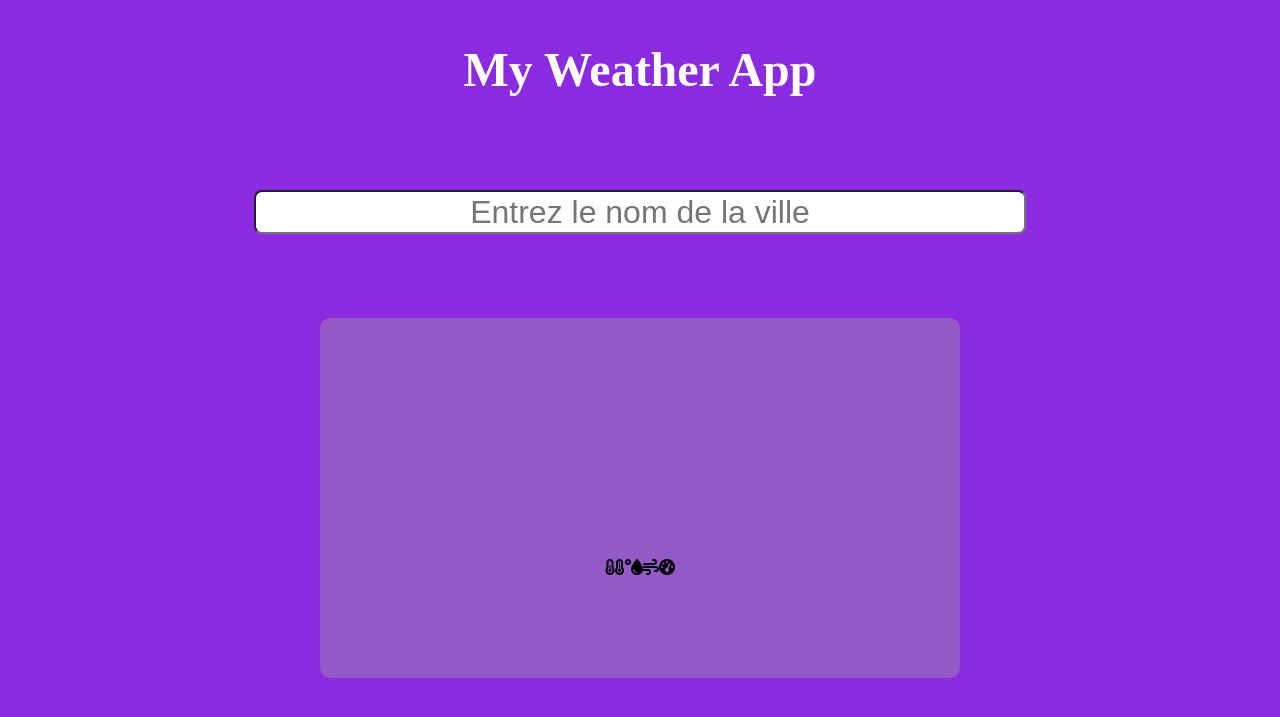
Repository: JeffnyAugustin/MyWeatherApp
Page: index.html
These files come from the project's save history. The page is drawn as it stood at one moment and after the next save; the edit follows.
The browser window is 1280 px wide. The pictures show the whole page.

Above is the page before, as saved 2023-11-14 18:36:31.

### index.html
<!DOCTYPE html>
<html lang="fr">

<head>
    <meta charset="UTF-8">
    <meta http-equiv="X-UA-Compatible" content="IE=edge">
    <meta name="viewport" content="width=device-width, initial-scale=1.0">
    <link rel="stylesheet" href="https://cdnjs.cloudflare.com/ajax/libs/font-awesome/6.4.0/css/all.min.css"
        integrity="sha512-iecdLmaskl7CVkqkXNQ/ZH/XLlvWZOJyj7Yy7tcenmpD1ypASozpmT/E0iPtmFIB46ZmdtAc9eNBvH0H/ZpiBw=="
        crossorigin="anonymous" referrerpolicy="no-referrer" />

    <link rel="stylesheet" href="/css/style.css">
    <title>My Weather App</title>
</head>

<body>



    <div id="container">

    </div>

    <script src="/js/script.js"></script>
</body>

</html>

### css/style.css
* {
    padding : 0;
    margin: 0;
}

body {
display: flex;
justify-content: center;
}

#container {
    background-color: blueviolet;
    height: 100vh;
    width: 100vw;
    display: flex;
    flex-direction: column;
    align-items: center;
    justify-content: space-around;

}

#searchBox {
    text-align: center;
    width: 60%;
    height: 40px;
    border-radius: 8px;
    margin-top: 10px;
    font-size: 2rem;
}


#allTogether {
    width: 50VW;
    height: 50VH;
    display: flex;
    flex-direction: column;
    justify-content: space-evenly;
    align-items: center;
    background-color: rgb(158 158 158 / 40%);
    border-radius: 10px;
}

div#meteoElement {
    display: flex;
    flex-direction: row;
    justify-content: space-around;
    flex-wrap: wrap;
}

div#cityElement {
    display: flex;
    flex-direction: row;
    gap: 10px;
    justify-content: center;
}

div#cityDescription {
    display: flex;
    flex-direction: column;
    gap: 20PX;
}


p {
    font-size: 2rem;
    color: white;
}

p.cityName {
    text-align: center;
}


h1 {
    font-size: 3em; /* Adjust the font size as needed */
    text-align: center;
    color: #ffffff; /* Set your desired text color */

}

### js/script.js
// Clé D'api
const API_KEY = "b476218e49ef0d0755a713e9ba77f79a";
// Lien vers L'api finissant par une recherche
const API_URL = `https://api.openweathermap.org/data/2.5/forecast?appid=${API_KEY}&units=metric&lang=fr&q=`;


const divContain = document.getElementById("container");
divContain.id = "container";



// Création H1
const heading = document.createElement('h1');

// Set the text content of the h1 element
heading.textContent = 'My Weather App';



// Création barre de recherche
const inputSearch = document.createElement("input");
inputSearch.id = "searchBox";
inputSearch.type = "text";
inputSearch.placeholder = "Entrez le nom de la ville"; // Ajout du placeholder

// Création de div
const newDiv = document.createElement("div");
newDiv.id = "allTogether";

const infoCityDiv = document.createElement("div");
infoCityDiv.id = "cityDescription";


// Création de div oiuyr stocker img + description
const cityImgDiv = document.createElement("div");
cityImgDiv.id = "cityElement";

// Création de div pour afficher les informations météorologiques
const weather = document.createElement("div");
weather.id = "meteoElement";

// Création balise paragraphe pour collecter le nom de la ville
const cityName = document.createElement("p");
cityName.className = "cityName";

// Création de div pour afficher la température
const temperatureDiv = document.createElement("div");
temperatureDiv.className = "temperature-container";

// Création balise paragraphe
const temperature = document.createElement("p");
temperature.className = "temps";

// Création de div pour afficher le temps ressenti
const feelsLikeDiv = document.createElement("div");
feelsLikeDiv.className = "feels-like-container";

// Création balise paragraphe pour la sensation thermique
const feelsLike = document.createElement("p");
feelsLike.className = "feels-like";

// Création de div pour afficher l'humidité
const humidityDiv = document.createElement("div");
humidityDiv.className = "humidity-container";

// Création de balise paragraphe pour l'humidité
const humidity = document.createElement("p");
humidity.className = "humidity";

// Création de div pour afficher le vent
const windDiv = document.createElement("div");
windDiv.className = "wind-container";

// Création de balise wind
const DataWind = document.createElement("p");
DataWind.className = "wind";



// Création de div pour l'humidité
const pressureDiv = document.createElement("div");
pressureDiv.className = "pressure-container";

// Création de balise paragraphe pour la pression atmosphérique
const pressure = document.createElement("p");
pressure.className = "pressure";

// Création de div pour afficher la description
const descriptionDiv = document.createElement("div");
descriptionDiv.className = "description-container";

// Création de balise paragraphe pour la description
const description = document.createElement("p");
description.className = "description";



// Création balise image
const image = document.createElement("img");

// Création balise icône pour la température
const temperatureIcon = document.createElement("i");
temperatureIcon.className = "fas fa-thermometer-half";

// Création balise icône pour la sensation thermique
const feelsLikeIcon = document.createElement("i");
feelsLikeIcon.className = "fas fa-temperature-high";

// Création balise icône pour l'humidité
const humidityIcon = document.createElement("i");
humidityIcon.className = "fas fa-tint";

// Création balise icône pour le vent
const windIcon = document.createElement("i");
windIcon.className = "fas fa-wind";

// Création balise icône pour la pression
const pressureIcon = document.createElement("i");
pressureIcon.className = "fas fa-tachometer-alt";



temperatureDiv.append(temperatureIcon, temperature); // ajout de l'icône

feelsLikeDiv.append(feelsLikeIcon, feelsLike); // ajout de l'icône

humidityDiv.append(humidityIcon, humidity); // ajout de l'icône

windDiv.append(windIcon, DataWind); // ajout de l'icône

pressureDiv.append(pressureIcon, pressure)

descriptionDiv.appendChild( description); // ajout de l'icône




// Function to format the date and time
function formatDateTime() {
    const currentDate = new Date();
    const options = { weekday: 'long', year: 'numeric', month: 'long', day: 'numeric', hour: 'numeric', minute: 'numeric', second: 'numeric'};
    return currentDate.toLocaleDateString('fr-FR', options);
}

// Create a div to display the date and time
    const dateTimeDiv = document.createElement("div");
    dateTimeDiv.id = "dateTime";
    infoCityDiv.appendChild(dateTimeDiv);

function checkWeather(city) {
    fetch(API_URL + city)
        .then(res => {
            if (!res.ok) {
                throw new Error("La ville n'a pas été trouvée");
            }
            return res.json();
        })
        .then(data => {
            cityName.textContent = data.city.name;
            image.src = `http://openweathermap.org/img/w/${data.list[0].weather[0].icon}.png`;

            description.textContent = data.list[0].weather[0].description;
            temperature.innerHTML = ` Température :  ${Math.round(data.list[0].main.temp)}°C `;
            feelsLike.textContent = "Temps Ressenti : " + Math.round(data.list[0].main.feels_like) + "°C";
            humidity.textContent = "humidityIcon : " + data.list[0].main.humidity + "%";
            DataWind.textContent = "Vitesse du vent : " + Math.floor(data.list[0].wind.speed) + " Km/h";
            pressure.textContent = "Pression : " + data.list[0].main.pressure + " hPa";

               // Display the date and time
               dateTimeDiv.textContent = "Date du jour : " + formatDateTime();

        })
        .catch(error => {
            console.error("Erreur de requête :", error.message);
            // Ajoutez ici un traitement pour informer l'utilisateur de l'erreur
        });
}

inputSearch.addEventListener("change", () => {
    checkWeather(inputSearch.value);
});


weather.append(temperatureDiv, feelsLikeDiv, humidityDiv, windDiv, pressureDiv); // ajout des éléments Weather
newDiv.append(infoCityDiv, weather); // ajout du conteneur Weather à newDiv
infoCityDiv.append(cityName, cityImgDiv)
cityImgDiv.append(image, descriptionDiv)
divContain.append(heading, inputSearch, newDiv); // ajout de tous les éléments à divContain
document.body.appendChild(divContain);



// Mise à jour des informations météorologiques toutes les 5 minutes
setInterval(function () {
    // Ici, mettre à jour les informations de la météo à l'aide de l'API ou d'autres sources
    // Vous pouvez appeler la fonction checkWeather avec la dernière ville recherchée
    checkWeather(inputSearch.value);
}, 5 * 60 * 1000);

After the next save:
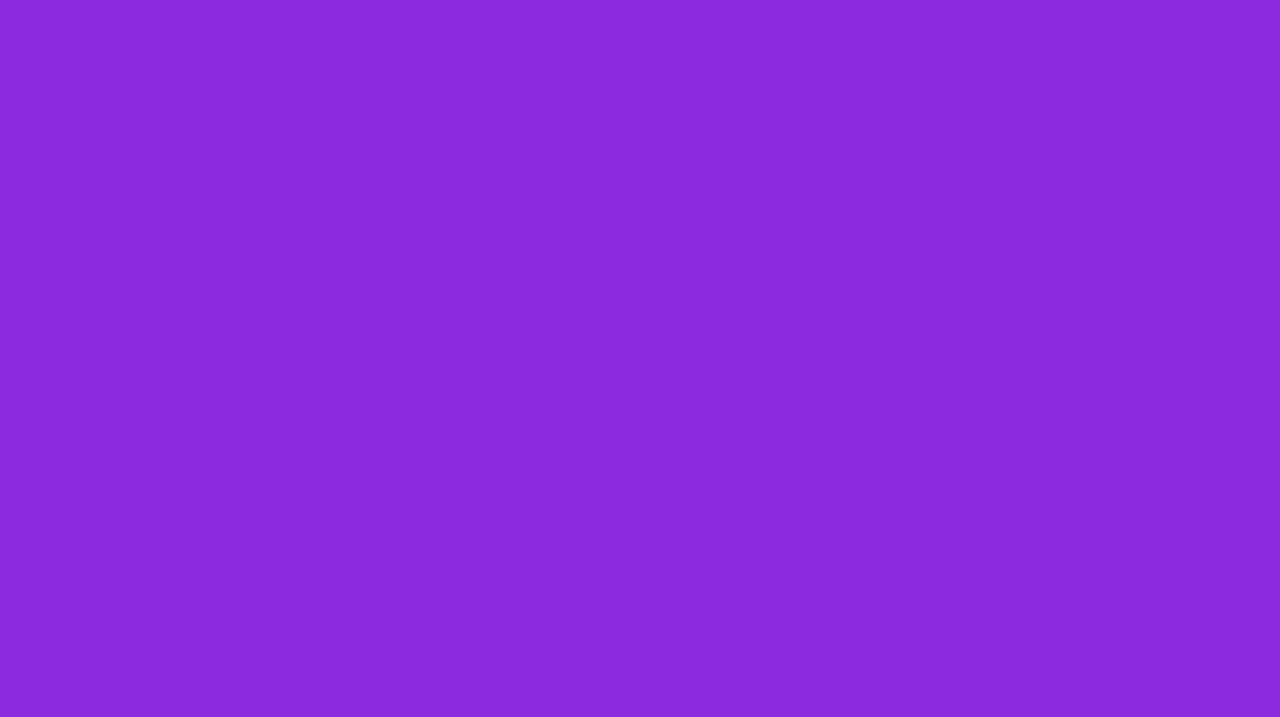
Console error: SyntaxError: Unexpected token 'const'
Saved 8 s later.
--- a/js/script.js
+++ b/js/script.js
@@ -8,7 +8,7 @@
 divContain.id = "container";
 
 
-
+const
 // Création H1
 const heading = document.createElement('h1');
 

After the 2 saves that followed:
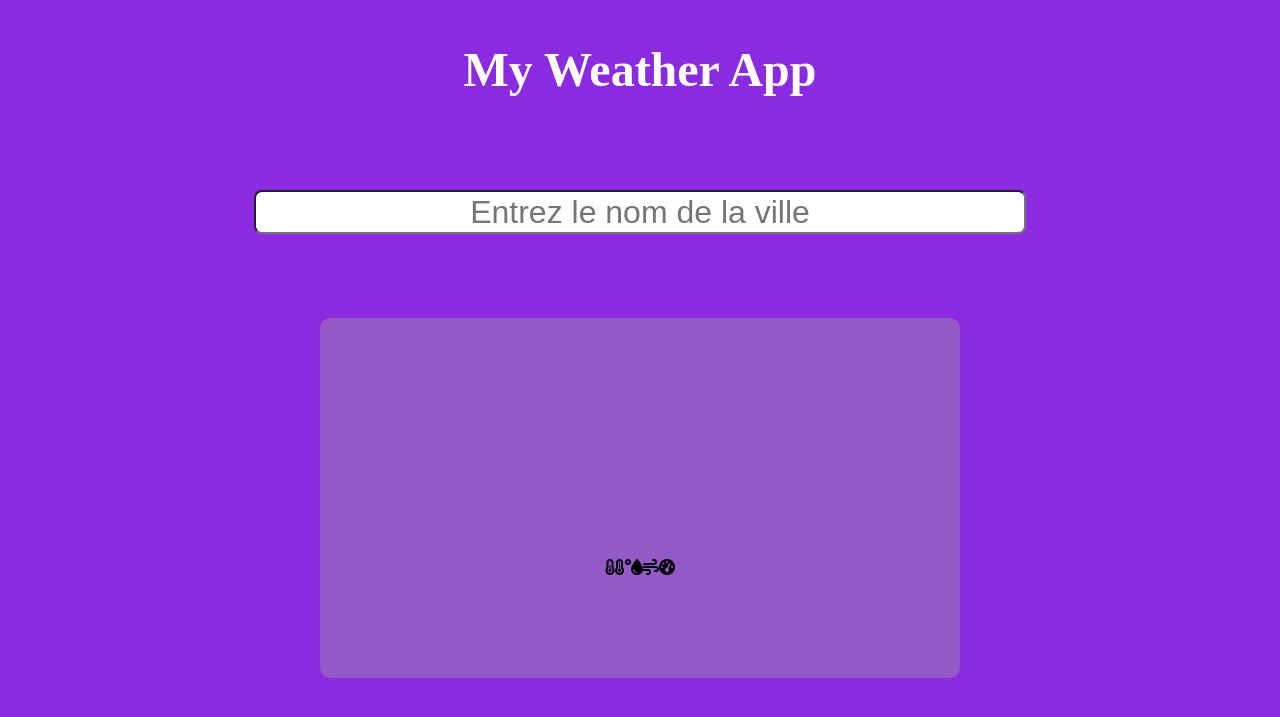
The error is gone.
The 2 saves are shown as one change because 1 left the picture as it was.
The last was saved 12 s later.
--- a/js/script.js
+++ b/js/script.js
@@ -8,7 +8,7 @@
 divContain.id = "container";
 
 
-const
+const titleDiv = document.getElementById("container");
 // Création H1
 const heading = document.createElement('h1');
 
